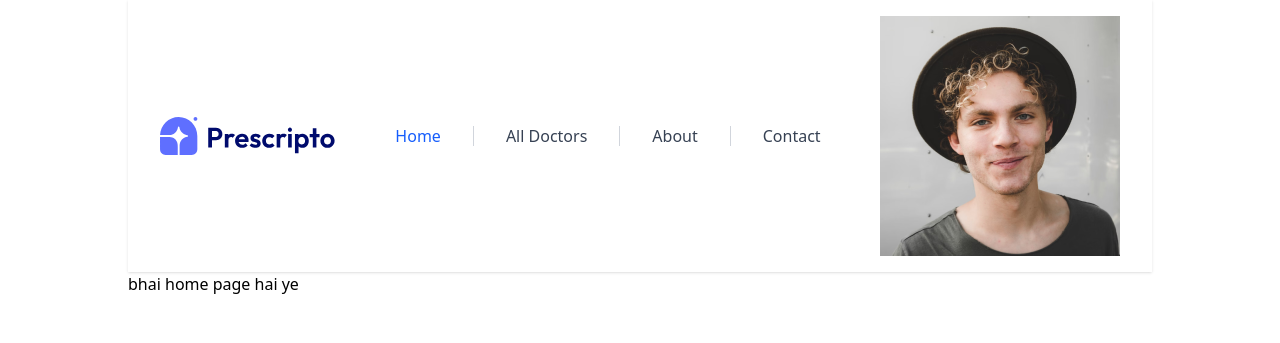
Repository: Pran2535/appointement_booking
Page: / (app in frontend/)
An editor plug-in stored every save of this project. The page is shown before and after the next save, followed by the edit.
The browser window is 1280 px wide. The pictures show the whole page.
The project was rebuilt for these pictures with package versions that can differ from the ones it lists, and the page was loaded fresh each time. Also part of the build but not shown: frontend/vite.config.js, frontend/src/pages/About.jsx, frontend/src/pages/MyAppointments.jsx, frontend/src/pages/Doctors.jsx, frontend/src/pages/Login.jsx, frontend/src/pages/Contact.jsx, frontend/src/pages/MyProfile.jsx, frontend/src/pages/Appointment.jsx.

Above is the page before, as saved 2025-02-14 21:40:04.

### frontend/index.html
<!doctype html>
<html lang="en">
  <head>
    <meta charset="UTF-8" />
    <link rel="icon" type="image/svg+xml" href="/vite.svg" />
    <meta name="viewport" content="width=device-width, initial-scale=1.0" />
    <title>Mishra healthcare</title>
  </head>
  <body>
    <div id="root"></div>
    <script type="module" src="/src/main.jsx"></script>
  </body>
</html>

### frontend/src/main.jsx
import { StrictMode } from 'react'
import { createRoot } from 'react-dom/client'
import './index.css'
import App from './App.jsx'
import { BrowserRouter } from 'react-router-dom'

createRoot(document.getElementById('root')).render(
<BrowserRouter>
    <App />
  </BrowserRouter>,
)

### frontend/src/App.jsx
import React from 'react'
import { Route, Routes } from 'react-router-dom'
import Home from './pages/Home'
import About from './pages/About'
import MyAppointments from './pages/MyAppointments'
import Doctors from './pages/Doctors'
import Login from './pages/Login'
import Contact from './pages/Contact'
import MyProfile from './pages/MyProfile'
import Appointment from './pages/Appointment'
import Navbar from './components/Navbar'

const App = () => {
  return (
    <div className='mx-4 sm:mx-[10%]'>
      <Navbar/>{ /* mounted navbar component before routes so that it gets displayed over the all routes */}
      <Routes>
        <Route path='/' element={<Home />} />
        <Route path='/about' element={<About />} />
        <Route path='/my-appointments' element={<MyAppointments />} />
        <Route path='/doctors' element={<Doctors/>}/>
        <Route path='/doctors/:speciality' element={<Doctors/>}/>
        <Route path ='/login' element={<Login/>}/>
        <Route path='/contact' element={<Contact/>}/>
        <Route path ='/my-profile' element={<MyProfile/>}/>
        <Route path ='/appointments/:docId' element={<Appointment/>}/>
      </Routes>
    </div>
  )
}

export default App

### frontend/src/pages/Home.jsx
import React from 'react'

const Home = () => {
  return (
    <div>
      bhai home page hai ye
    </div>
  )
}

export default Home

### frontend/src/components/Navbar.jsx
import React, { useState } from 'react'
import { NavLink, useNavigate } from 'react-router-dom'
import { assets } from '../assets/assets'

const links = [
  { to: '/', label: 'Home' },
  { to: '/doctors', label: 'All Doctors' },
  { to: '/about', label: 'About' },
  { to: '/contact', label: 'Contact' }
]

const Navbar = () => {
  const navigate = useNavigate();
  const [showMenu, setShowMenu]=useState(false);
  const [token,setToken]=useState(true);


  return (
    <nav className="sticky top-0 bg-white shadow-sm z-50">
      <div className="max-w-7xl mx-auto px-4 sm:px-6 lg:px-8 py-4 flex items-center justify-between">
        {/* Logo */}
        <div className="flex-shrink-0">
          <img
            className="w-32 md:w-40 lg:w-44 h-auto cursor-pointer transition-transform hover:scale-105"
            src={assets.logo}
            alt="Company Logo"
          />
        </div>

        {/* Navigation Links */}
        <div className="hidden md:block">
          <ul className="flex items-center space-x-8">
            {links.map((l, i) => (
              <React.Fragment key={l.to}>
                <NavLink
                  to={l.to}
                  className={({ isActive }) =>
                    `font-medium transition-colors duration-200 hover:text-blue-600 ${
                      isActive ? 'text-blue-600' : 'text-gray-700'
                    }`
                  }
                >
                  {l.label}
                </NavLink>
                {i < links.length - 1 && (
                  <div className="h-5 w-px bg-gray-300" aria-hidden="true" />
                )}
              </React.Fragment>
            ))}
          </ul>
        </div>

        {/* CTA Button */}
        <div className="flex items-center gap-4">
            {
                token?
                <div>
                    <img src={assets.profile_pic} alt="" />
                </div>
                :
                 <button
            onClick={() => navigate('/login')}
            className="hidden cursor-pointer md:block bg-blue-600 hover:bg-blue-700 text-white px-6 py-3 rounded-full font-semibold transition-colors duration-200 focus:outline-none focus:ring-2 focus:ring-blue-500 focus:ring-offset-2 shadow-md"
          >
            Create Account
          </button>
            }

        </div>
      </div>
    </nav>
  )
}

export default Navbar

### frontend/src/assets/assets.js
import appointment_img from './appointment_img.png'
import header_img from './header_img.png'
import group_profiles from './group_profiles.png'
import profile_pic from './profile_pic.png'
import contact_image from './contact_image.png'
import about_image from './about_image.png'
import logo from './logo.svg'
import dropdown_icon from './dropdown_icon.svg'
import menu_icon from './menu_icon.svg'
import cross_icon from './cross_icon.png'
import chats_icon from './chats_icon.svg'
import verified_icon from './verified_icon.svg'
import arrow_icon from './arrow_icon.svg'
import info_icon from './info_icon.svg'
import upload_icon from './upload_icon.png'
import stripe_logo from './stripe_logo.png'
import razorpay_logo from './razorpay_logo.png'
import doc1 from './doc1.png'
import doc2 from './doc2.png'
import doc3 from './doc3.png'
import doc4 from './doc4.png'
import doc5 from './doc5.png'
import doc6 from './doc6.png'
import doc7 from './doc7.png'
import doc8 from './doc8.png'
import doc9 from './doc9.png'
import doc10 from './doc10.png'
import doc11 from './doc11.png'
import doc12 from './doc12.png'
import doc13 from './doc13.png'
import doc14 from './doc14.png'
import doc15 from './doc15.png'
import Dermatologist from './Dermatologist.svg'
import Gastroenterologist from './Gastroenterologist.svg'
import General_physician from './General_physician.svg'
import Gynecologist from './Gynecologist.svg'
import Neurologist from './Neurologist.svg'
import Pediatricians from './Pediatricians.svg'


export const assets = {
    appointment_img,
    header_img,
    group_profiles,
    logo,
    chats_icon,
    verified_icon,
    info_icon,
    profile_pic,
    arrow_icon,
    contact_image,
    about_image,
    menu_icon,
    cross_icon,
    dropdown_icon,
    upload_icon,
    stripe_logo,
    razorpay_logo
}

export const specialityData = [
    {
        speciality: 'General physician',
        image: General_physician
    },
    {
        speciality: 'Gynecologist',
        image: Gynecologist
    },
    {
        speciality: 'Dermatologist',
        image: Dermatologist
    },
    {
        speciality: 'Pediatricians',
        image: Pediatricians
    },
    {
        speciality: 'Neurologist',
        image: Neurologist
    },
    {
        speciality: 'Gastroenterologist',
        image: Gastroenterologist
    },
]

export const doctors = [
    {
        _id: 'doc1',
        name: 'Dr. Richard James',
        image: doc1,
        speciality: 'General physician',
        degree: 'MBBS',
        experience: '4 Years',
        about: 'Dr. Davis has a strong commitment to delivering comprehensive medical care, focusing on preventive medicine, early diagnosis, and effective treatment strategies. Dr. Davis has a strong commitment to delivering comprehensive medical care, focusing on preventive medicine, early diagnosis, and effective treatment strategies.',
        fees: 50,
        address: {
            line1: '17th Cross, Richmond',
            line2: 'Circle, Ring Road, London'
        }
    },
    {
        _id: 'doc2',
        name: 'Dr. Emily Larson',
        image: doc2,
        speciality: 'Gynecologist',
        degree: 'MBBS',
        experience: '3 Years',
        about: 'Dr. Davis has a strong commitment to delivering comprehensive medical care, focusing on preventive medicine, early diagnosis, and effective treatment strategies. Dr. Davis has a strong commitment to delivering comprehensive medical care, focusing on preventive medicine, early diagnosis, and effective treatment strategies.',
        fees: 60,
        address: {
            line1: '27th Cross, Richmond',
            line2: 'Circle, Ring Road, London'
        }
    },
    {
        _id: 'doc3',
        name: 'Dr. Sarah Patel',
        image: doc3,
        speciality: 'Dermatologist',
        degree: 'MBBS',
        experience: '1 Years',
        about: 'Dr. Davis has a strong commitment to delivering comprehensive medical care, focusing on preventive medicine, early diagnosis, and effective treatment strategies. Dr. Davis has a strong commitment to delivering comprehensive medical care, focusing on preventive medicine, early diagnosis, and effective treatment strategies.',
        fees: 30,
        address: {
            line1: '37th Cross, Richmond',
            line2: 'Circle, Ring Road, London'
        }
    },
    {
        _id: 'doc4',
        name: 'Dr. Christopher Lee',
        image: doc4,
        speciality: 'Pediatricians',
        degree: 'MBBS',
        experience: '2 Years',
        about: 'Dr. Davis has a strong commitment to delivering comprehensive medical care, focusing on preventive medicine, early diagnosis, and effective treatment strategies. Dr. Davis has a strong commitment to delivering comprehensive medical care, focusing on preventive medicine, early diagnosis, and effective treatment strategies.',
        fees: 40,
        address: {
            line1: '47th Cross, Richmond',
            line2: 'Circle, Ring Road, London'
        }
    },
    {
        _id: 'doc5',
        name: 'Dr. Jennifer Garcia',
        image: doc5,
        speciality: 'Neurologist',
        degree: 'MBBS',
        experience: '4 Years',
        about: 'Dr. Davis has a strong commitment to delivering comprehensive medical care, focusing on preventive medicine, early diagnosis, and effective treatment strategies. Dr. Davis has a strong commitment to delivering comprehensive medical care, focusing on preventive medicine, early diagnosis, and effective treatment strategies.',
        fees: 50,
        address: {
            line1: '57th Cross, Richmond',
            line2: 'Circle, Ring Road, London'
        }
    },
    {
        _id: 'doc6',
        name: 'Dr. Andrew Williams',
        image: doc6,
        speciality: 'Neurologist',
        degree: 'MBBS',
        experience: '4 Years',
        about: 'Dr. Davis has a strong commitment to delivering comprehensive medical care, focusing on preventive medicine, early diagnosis, and effective treatment strategies. Dr. Davis has a strong commitment to delivering comprehensive medical care, focusing on preventive medicine, early diagnosis, and effective treatment strategies.',
        fees: 50,
        address: {
            line1: '57th Cross, Richmond',
            line2: 'Circle, Ring Road, London'
        }
    },
    {
        _id: 'doc7',
        name: 'Dr. Christopher Davis',
        image: doc7,
        speciality: 'General physician',
        degree: 'MBBS',
        experience: '4 Years',
        about: 'Dr. Davis has a strong commitment to delivering comprehensive medical care, focusing on preventive medicine, early diagnosis, and effective treatment strategies. Dr. Davis has a strong commitment to delivering comprehensive medical care, focusing on preventive medicine, early diagnosis, and effective treatment strategies.',
        fees: 50,
        address: {
            line1: '17th Cross, Richmond',
            line2: 'Circle, Ring Road, London'
        }
    },
    {
        _id: 'doc8',
        name: 'Dr. Timothy White',
        image: doc8,
        speciality: 'Gynecologist',
        degree: 'MBBS',
        experience: '3 Years',
        about: 'Dr. Davis has a strong commitment to delivering comprehensive medical care, focusing on preventive medicine, early diagnosis, and effective treatment strategies. Dr. Davis has a strong commitment to delivering comprehensive medical care, focusing on preventive medicine, early diagnosis, and effective treatment strategies.',
        fees: 60,
        address: {
            line1: '27th Cross, Richmond',
            line2: 'Circle, Ring Road, London'
        }
    },
    {
        _id: 'doc9',
        name: 'Dr. Ava Mitchell',
        image: doc9,
        speciality: 'Dermatologist',
        degree: 'MBBS',
        experience: '1 Years',
        about: 'Dr. Davis has a strong commitment to delivering comprehensive medical care, focusing on preventive medicine, early diagnosis, and effective treatment strategies. Dr. Davis has a strong commitment to delivering comprehensive medical care, focusing on preventive medicine, early diagnosis, and effective treatment strategies.',
        fees: 30,
        address: {
            line1: '37th Cross, Richmond',
            line2: 'Circle, Ring Road, London'
        }
    },
    {
        _id: 'doc10',
        name: 'Dr. Jeffrey King',
        image: doc10,
        speciality: 'Pediatricians',
        degree: 'MBBS',
        experience: '2 Years',
        about: 'Dr. Davis has a strong commitment to delivering comprehensive medical care, focusing on preventive medicine, early diagnosis, and effective treatment strategies. Dr. Davis has a strong commitment to delivering comprehensive medical care, focusing on preventive medicine, early diagnosis, and effective treatment strategies.',
        fees: 40,
        address: {
            line1: '47th Cross, Richmond',
            line2: 'Circle, Ring Road, London'
        }
    },
    {
        _id: 'doc11',
        name: 'Dr. Zoe Kelly',
        image: doc11,
        speciality: 'Neurologist',
        degree: 'MBBS',
        experience: '4 Years',
        about: 'Dr. Davis has a strong commitment to delivering comprehensive medical care, focusing on preventive medicine, early diagnosis, and effective treatment strategies. Dr. Davis has a strong commitment to delivering comprehensive medical care, focusing on preventive medicine, early diagnosis, and effective treatment strategies.',
        fees: 50,
        address: {
            line1: '57th Cross, Richmond',
            line2: 'Circle, Ring Road, London'
        }
    },
    {
        _id: 'doc12',
        name: 'Dr. Patrick Harris',
        image: doc12,
        speciality: 'Neurologist',
        degree: 'MBBS',
        experience: '4 Years',
        about: 'Dr. Davis has a strong commitment to delivering comprehensive medical care, focusing on preventive medicine, early diagnosis, and effective treatment strategies. Dr. Davis has a strong commitment to delivering comprehensive medical care, focusing on preventive medicine, early diagnosis, and effective treatment strategies.',
        fees: 50,
        address: {
            line1: '57th Cross, Richmond',
            line2: 'Circle, Ring Road, London'
        }
    },
    {
        _id: 'doc13',
        name: 'Dr. Chloe Evans',
        image: doc13,
        speciality: 'General physician',
        degree: 'MBBS',
        experience: '4 Years',
        about: 'Dr. Davis has a strong commitment to delivering comprehensive medical care, focusing on preventive medicine, early diagnosis, and effective treatment strategies. Dr. Davis has a strong commitment to delivering comprehensive medical care, focusing on preventive medicine, early diagnosis, and effective treatment strategies.',
        fees: 50,
        address: {
            line1: '17th Cross, Richmond',
            line2: 'Circle, Ring Road, London'
        }
    },
    {
        _id: 'doc14',
        name: 'Dr. Ryan Martinez',
        image: doc14,
        speciality: 'Gynecologist',
        degree: 'MBBS',
        experience: '3 Years',
        about: 'Dr. Davis has a strong commitment to delivering comprehensive medical care, focusing on preventive medicine, early diagnosis, and effective treatment strategies. Dr. Davis has a strong commitment to delivering comprehensive medical care, focusing on preventive medicine, early diagnosis, and effective treatment strategies.',
        fees: 60,
        address: {
            line1: '27th Cross, Richmond',
            line2: 'Circle, Ring Road, London'
        }
    },
    {
        _id: 'doc15',
        name: 'Dr. Amelia Hill',
        image: doc15,
        speciality: 'Dermatologist',
        degree: 'MBBS',
        experience: '1 Years',
        about: 'Dr. Davis has a strong commitment to delivering comprehensive medical care, focusing on preventive medicine, early diagnosis, and effective treatment strategies. Dr. Davis has a strong commitment to delivering comprehensive medical care, focusing on preventive medicine, early diagnosis, and effective treatment strategies.',
        fees: 30,
        address: {
            line1: '37th Cross, Richmond',
            line2: 'Circle, Ring Road, London'
        }
    },
]

Loaded but not shown: frontend/src/index.css (common file)

After the next save:
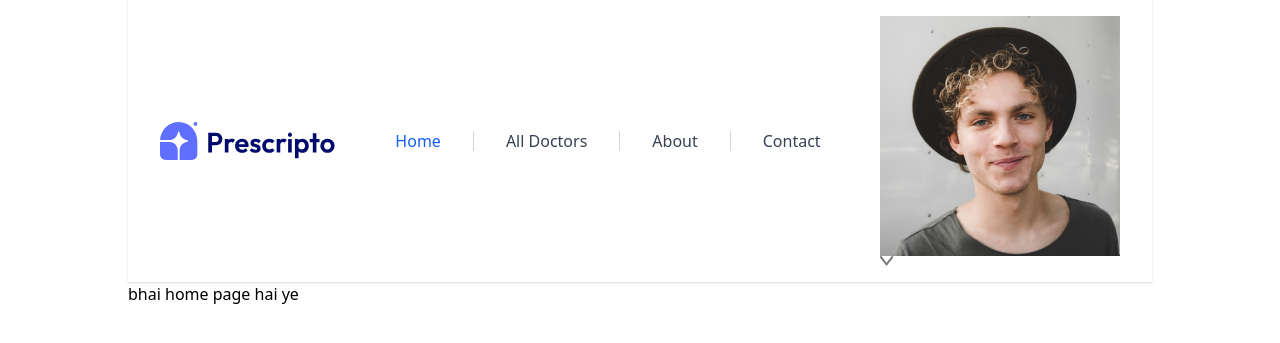
Saved 32 s later.
--- a/frontend/src/components/Navbar.jsx
+++ b/frontend/src/components/Navbar.jsx
@@ -56,6 +56,7 @@ const Navbar = () => {
                 token?
                 <div>
                     <img src={assets.profile_pic} alt="" />
+                    <img src={assets.dropdown_icon} alt="" />
                 </div>
                 :
                  <button
